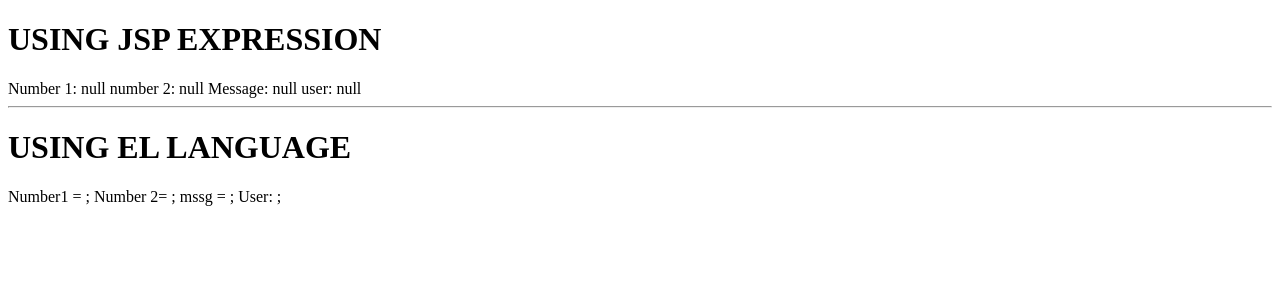
Repository: yash112021/Cdac_lab_Work
Page: http://localhost/JSPProject2/showdata.jsp
An editor plug-in stored every save of this project. The page is shown before and after the next save, followed by the edit.
The browser window is 1280 px wide. The pictures show the whole page.
The page is served by Tomcat 9.

Above is the page before, as saved 2025-11-28 20:01:30.

### 250845920104_Advance_java/Day8_28_11_25/Day7_28_11_25/JSPProject2/src/main/webapp/showdata.jsp
<%@ page language="java" contentType="text/html; charset=ISO-8859-1"
    pageEncoding="ISO-8859-1"%>
<!DOCTYPE html>
<html>
<head>
<meta charset="ISO-8859-1">
<title>Insert title here</title>
</head>
<body>
<h1>USING JSP EXPRESSION</h1>
Number 1: <%=request.getParameter("n1") %>
number 2: <%=request.getParameter("n2") %>
Message: <%=request.getParameter("msg") %>
user: <%=session.getAttribute("usr") %>


<hr>

<h1>USING EL LANGUAGE</h1>
Number1 = ${param.n1 };
Number 2= ${param.n2 };
mssg = ${param.msg};
User: ${param.usr };
</body>
</html>

After the next save:
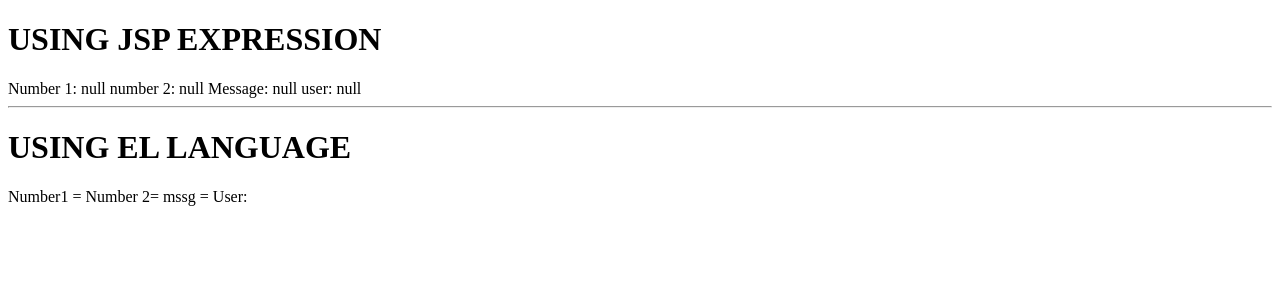
Saved 11 s later.
--- a/250845920104_Advance_java/Day8_28_11_25/Day7_28_11_25/JSPProject2/src/main/webapp/showdata.jsp
+++ b/250845920104_Advance_java/Day8_28_11_25/Day7_28_11_25/JSPProject2/src/main/webapp/showdata.jsp
@@ -17,9 +17,9 @@ user: <%=session.getAttribute("usr") %>
 <hr>
 
 <h1>USING EL LANGUAGE</h1>
-Number1 = ${param.n1 };
-Number 2= ${param.n2 };
-mssg = ${param.msg};
-User: ${param.usr };
+Number1 = ${param.n1 }
+Number 2= ${param.n2 }
+mssg = ${param.msg}
+User: ${param.usr }
 </body>
 </html>
